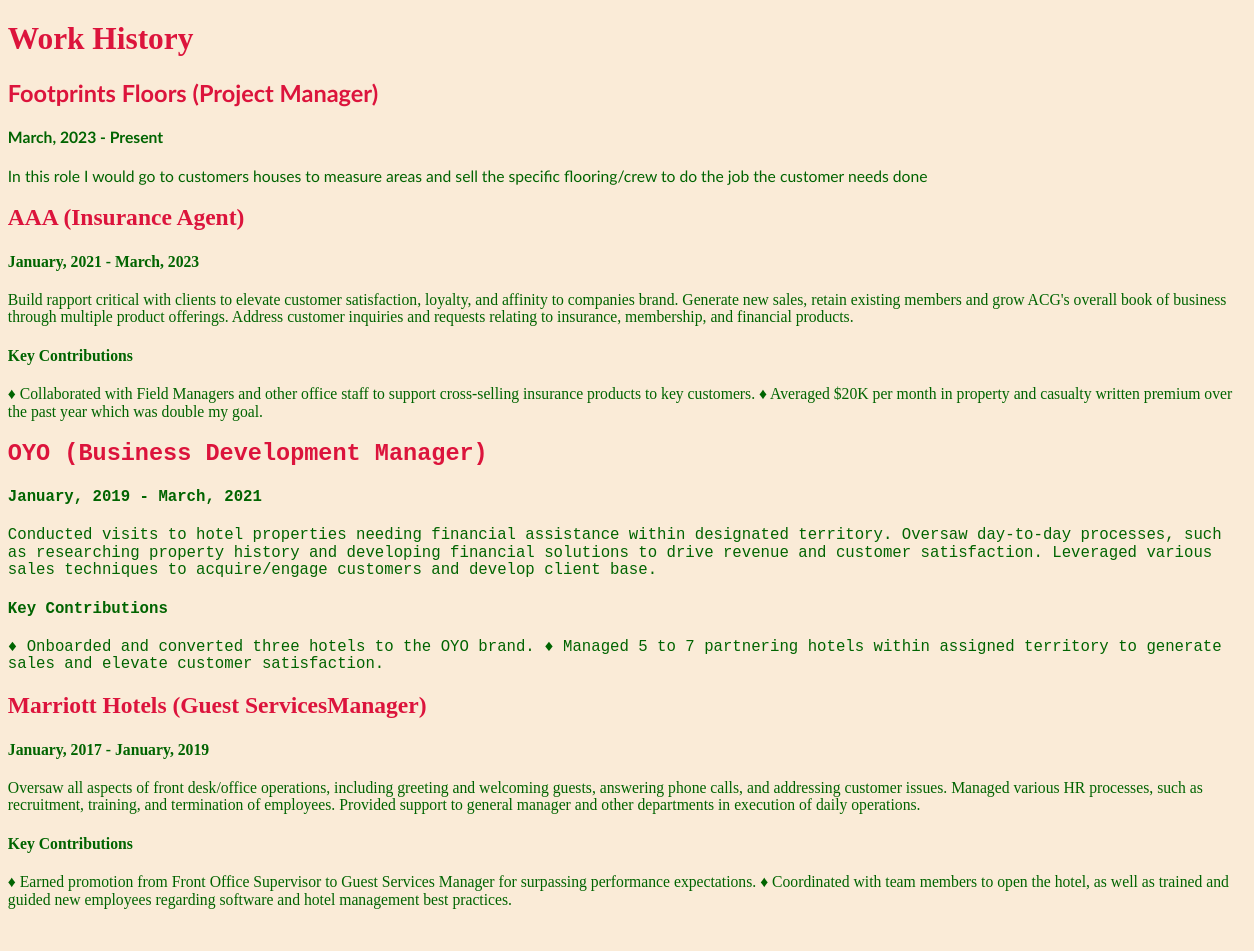
Repository: TEazy2433/LAB-HTML-Resume
Page: index.html
These files come from the project's save history. The page is drawn as it stood at one moment and after the next save; the edit follows.
The browser window is 1280 px wide. The pictures show the whole page, at 98% of full size.

Above is the page before, as saved 2023-10-11 20:27:58.

### index.html
<!DOCTYPE html>
<html lang="en">
<head>
  <meta charset="UTF-8">
  <meta name="viewport" content="width=device-width, initial-scale=1.0">
  <title>Resume</title>
  <link rel="stylesheet" href="main.css">
  </head>
  <body>

  <script src="main.js"></script>
  </body>
  </html><html></html>
    </head>
      <title>Work History</title>
    </head>
    <body>
      <h1>Work History</h1>
      <article id="articleOne">
        <h2>Footprints Floors (Project Manager)</h2>
        <h4>March, 2023 - Present</h4>
        <section>
          <p>In this role I would go to customers houses to measure areas and sell the specific flooring/crew to do the job the customer needs done</p>
        </section>
      </article>

      <article id="articleTwo">
        <h2>AAA (Insurance Agent)</h2>
        <h4>January, 2021 - March, 2023</h4>
        <section>
          <p>Build rapport critical with clients to elevate customer satisfaction, loyalty, and affinity to companies brand. Generate new sales, retain existing members and grow ACG's overall book of business through multiple product offerings. Address customer inquiries and requests relating to insurance, membership, and financial products.</p>

          <h4>Key Contributions</h4>
          <P>♦ Collaborated with Field Managers and other office staff to support cross-selling insurance products to key customers.
            ♦ Averaged $20K per month in property and casualty written premium over the past year which was double my goal.</P>
        </section>
      </article>

      <article id="articleThree">
        <h2>OYO (Business Development Manager)</h2>
        <h4>January, 2019 - March, 2021</h4>
        <section>
          <p>Conducted visits to hotel properties needing financial assistance within designated territory. Oversaw day-to-day processes, such as researching property history and developing financial solutions to drive revenue and customer satisfaction. Leveraged various sales techniques to acquire/engage customers and develop client base.</p>

          <h4>Key Contributions</h4>
          <P>♦ Onboarded and converted three hotels to the OYO brand.
            ♦ Managed 5 to 7 partnering hotels within assigned territory to generate sales and elevate customer satisfaction.</P>
        </section>
      </article>

      <article id="articleFour">
        <h2>Marriott Hotels (Guest ServicesManager)</h2>
        <h4>January, 2017 - January, 2019</h4>
        <section>
          <p>Oversaw all aspects of front desk/office operations, including greeting and welcoming guests, answering phone calls, and addressing customer issues. Managed various HR processes, such as recruitment, training, and termination of employees. Provided support to general manager and other departments in execution of daily operations.</p>

          <h4>Key Contributions</h4>
          <P>♦ Earned promotion from Front Office Supervisor to Guest Services Manager for surpassing performance expectations.
            ♦ Coordinated with team members to open the hotel, as well as trained and guided new employees regarding software
            and hotel management best practices.</P>
        </section>
      </article>


    </body>

### main.css
body{
  background-color: antiquewhite;
}

h1{
  color: crimson;

}

h2{
  color: crimson;
}

p{
  color:darkgreen
}

h4{
  color:darkgreen
}

h5{
  color: darkgreen;
}

#articleOne{
  font-family: 'Gill Sans', 'Gill Sans MT', Calibri, 'Trebuchet MS', sans-serif;
}

#articleTwo{
  font-family: cursive;
}

#articleThree{
  font-family: 'Courier New', Courier, monospace;
}

#articleFour{
  font-family: fantasy;
}

### main.js
console.log("Resume");

After the next save:
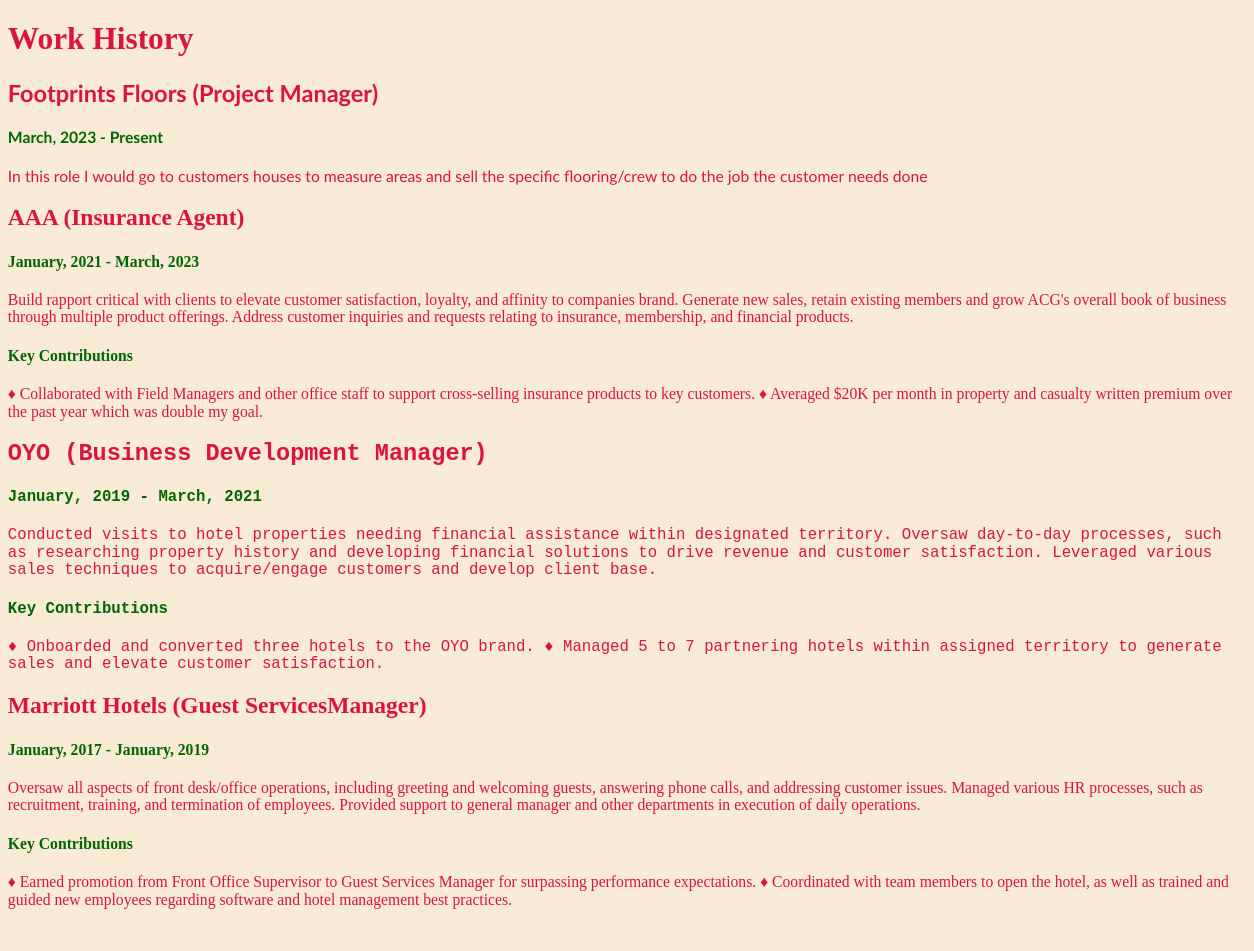
Saved 7 s later.
--- a/main.css
+++ b/main.css
@@ -12,7 +12,7 @@
 }
 
 p{
-  color:darkgreen
+  color:crimson
 }
 
 h4{
